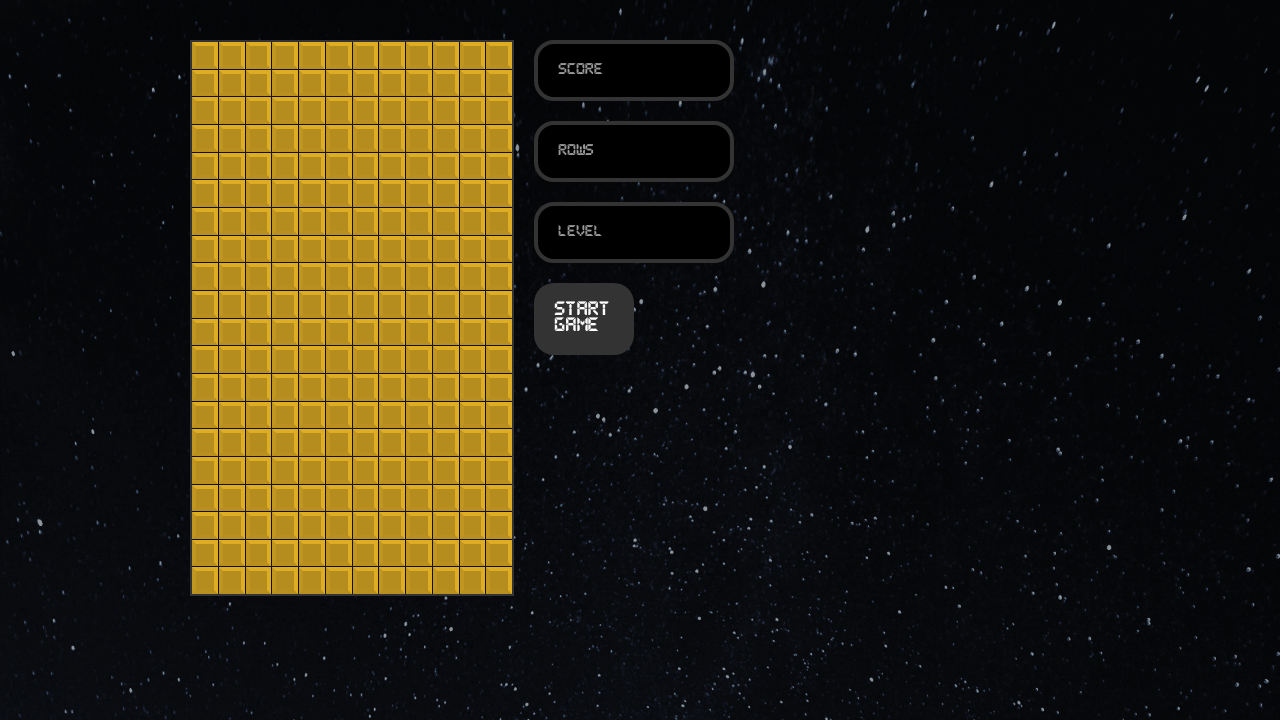
Repository: dpeshevski/reack-hooks-tetris
Page: /
An editor plug-in stored every save of this project. The page is shown before and after the next save, followed by the edit.
The browser window is 1280 px wide. The pictures show the whole page.
The project was rebuilt for these pictures with package versions that can differ from the ones it lists, and the page was loaded fresh each time.

Above is the page before, as saved 2020-11-21 22:51:06.

### src/index.css
body {
  margin: 0;
}

@font-face {
  font-family: 'Pixel';
  src: url('font/Pixel-LCD-7.woff') format('woff');
}

### src/components/Tetris.js
import React from 'react';

import { createStage } from '../gameHelpers';
import { StyledTetrisWrapper, StyledTetris } from './styles/StyledTetris';
// Components
import Stage from './Stage';
import Display from './Display';
import StartButton from './StartButton';

const Tetris = () => {
  return (
    <StyledTetrisWrapper>
      <StyledTetris>
        <Stage stage={createStage()} />
        <aside>
          <div>
            <Display text="Score" />
            <Display text="Rows" />
            <Display text="Level" />
          </div>
          <StartButton />
        </aside>
      </StyledTetris>
    </StyledTetrisWrapper>
  )
};

export default Tetris;

### src/gameHelpers.js
export const STAGE_WIDTH = 12;
export const STAGE_HEIGHT = 20;

export const createStage = () =>
  Array.from(Array(STAGE_HEIGHT), () =>
    new Array(STAGE_WIDTH).fill([0, 'clear'])
  )

### src/components/styles/StyledTetris.js
import styled from 'styled-components';

import bgImage from '../../img/bg.png';

export const StyledTetrisWrapper = styled.div`
  width: 100vw;
  height: 100vh;
  background: url(${bgImage}) #000;
  background-size: cover;
  overflow: hidden;
`

export const StyledTetris = styled.div`
  display: flex;
  align-items: flex-start;
  padding: 40px;
  margin: 0 auto;
  max-width: 900px;
  aside {
    width: 100%;
    max-width: 200px;
    display: block;
    padding: 0 20px;
  }
`;

### src/components/Display.js
import React from 'react';
import { StyledDisplay } from './styles/StyledDisplay';


const Display = ({ gameOver, text }) => (
  <StyledDisplay gameOver={gameOver}>{text}</StyledDisplay>
);

export default Display;

### src/components/StartButton.js
import React from 'react';
import { StyledStartButton } from './styles/StyledStartButton';

const StartButton = ({ callback }) => (
  <StyledStartButton onClick={callback}>Start Game</StyledStartButton>
);

export default StartButton;

### src/components/styles/StyledStage.js
import styled from 'styled-components';

export const StyledStage = styled.div`
  display: grid;
  grid-template-rows: repeat(${props => props.height}, calc(25vw / ${props => props.width}));
  grid-template-columns: repeat(${props => props.width}, 1fr);
  grid-gap: 1px;
  border: 2px solid #333;
  width: 100%;
  max-width: 25vw;
  background: #111;
`;

### src/components/Cell.js
import React from 'react';
import { StyledCell } from './styles/StyledCell';
import { TETROMINOS } from '../tetrominos';

const Cell = ({ type }) => (
  <StyledCell type={'L'} color={TETROMINOS['L'].color} />
);

export default Cell;

### src/components/styles/StyledDisplay.js
import styled from 'styled-components';


export const StyledDisplay = styled.div`
  box-sizing: border-box;
  display: flex;
  align-items: center;
  margin: 0 0 20px 0;
  padding: 20px;
  border: 4px solid #333;
  min-height: 30px;
  width: 100%;
  border-radius: 20px;
  color: ${props => (props.gameOver ? 'red' : '#999')};
  background: #000;
  font-family: Pixel, Arial, Helvetica, sans-serif;
  font-size: 0.8rem;
`;

### src/components/styles/StyledStartButton.js
import styled from 'styled-components';

export const StyledStartButton = styled.div`
  box-sizing: border-box;
  margin: 0 0 20px 0;
  padding: 20px;
  min-height: 30px;
  width: 100px;
  border-radius: 20px;
  border: none;
  color: white;
  background: #333;
  font-family: Pixel, Arial, Helvetica, sans-serif;
  font-size: 1rem;
  outline: none;
  cursor: pointer;
`;

### src/components/styles/StyledCell.js
import styled from 'styled-components';

export const StyledCell = styled.div`
  width: auto;
  background: rgba(${props => props.color}, 0.8);
  border: ${props => (props.type === 0 ? '0px solid' : '4px solid')};
  border-bottom-color: rgba(${props => props.color}, 0.1);
  border-right-color: rgba(${props => props.color}, 1);
  border-top-color: rgba(${props => props.color}, 1);
  border-left-color: rgba(${props => props.color}, 0.3);
`;

### src/tetrominos.js
export const TETROMINOS = {
  0: { shape: [[0]], color: '0, 0, 0' },
  I: {
    shape: [
      [0, 'I', 0, 0],
      [0, 'I', 0, 0],
      [0, 'I', 0, 0],
      [0, 'I', 0, 0]
    ],
    color: '80, 227, 230'
  },
  G: {
    shape: [
      [0, 'J', 0],
      [0, 'J', 0],
      ['J', 'J', 0]
    ],
    color: '36, 95, 223'
  },
  L: {
    shape: [
      [0, 'L', 0],
      [0, 'L', 0],
      [0, 'L', 'L']
    ],
    color: '223, 173, 36'
  },
  O: {
    shape: [
      ['O', 'O'],
      ['O', 'O'],
    ],
    color: '223, 217, 36'
  },
  S: {
    shape: [
      [0, 'S', 'S'],
      ['S', 'S', 0],
      [0, 0, 0]
    ],
    color: '48, 211, 56'
  },
  T: {
    shape: [
      [0, 0, 0],
      ['T', 'T', 'T'],
      [0, 'L', 0]
    ],
    color: '132, 61, 198'
  },
  Z: {
    shape: [
      ['Z', 'Z', 0],
      [0, 'Z', 'Z'],
      [0, 0, 0]
    ],
    color: '227, 78, 78'
  },
}

export const randomTetromino = () => {
  const tetrominos = 'IJLOSTZ';
  const randTetromino =
    tetrominos[Math.floor(Math.random() * tetrominos.length)];
  return TETROMINOS[randTetromino];
}

Loaded but not shown: public/index.html (common file); src/index.js (common file); src/App.js (common file); src/reportWebVitals.js (common file); src/components/Stage.js (common file)

After the next save:
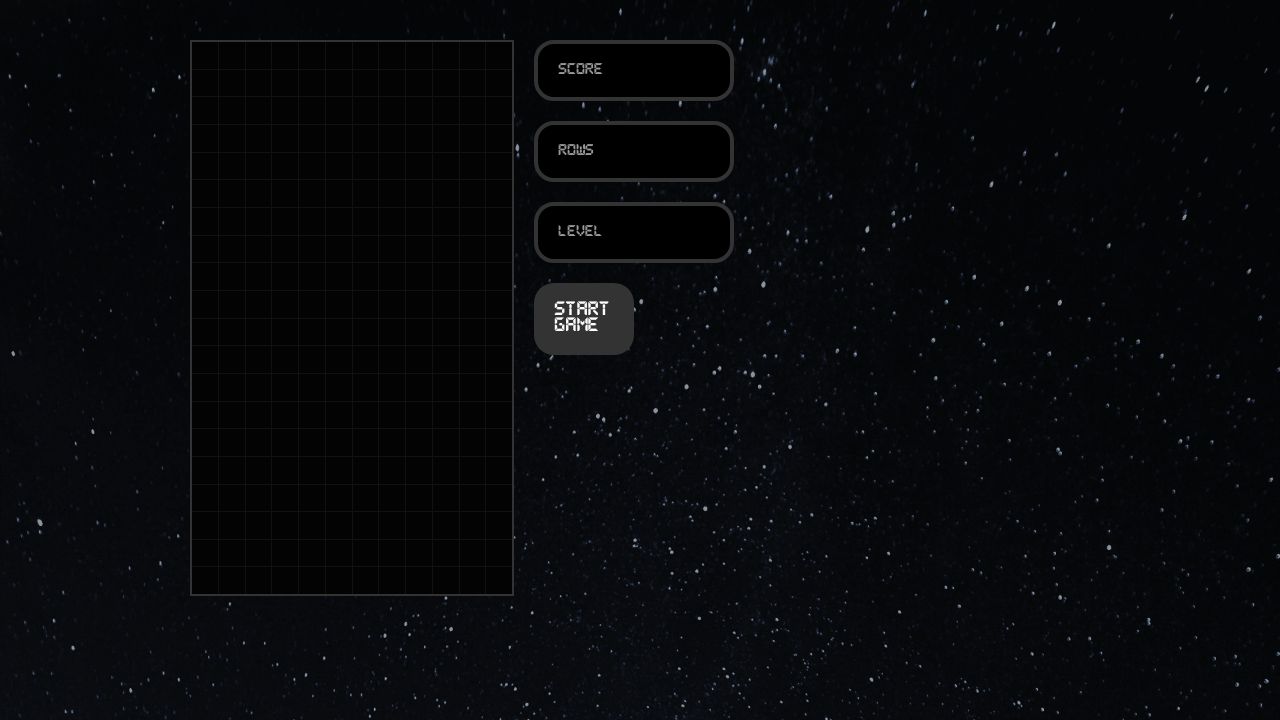
Saved 75 s later.
--- a/src/components/Cell.js
+++ b/src/components/Cell.js
@@ -3,7 +3,7 @@ import { StyledCell } from './styles/StyledCell';
 import { TETROMINOS } from '../tetrominos';
 
 const Cell = ({ type }) => (
-  <StyledCell type={'L'} color={TETROMINOS['L'].color} />
+  <StyledCell type={type} color={TETROMINOS[type].color} />
 );
 
 export default Cell;
